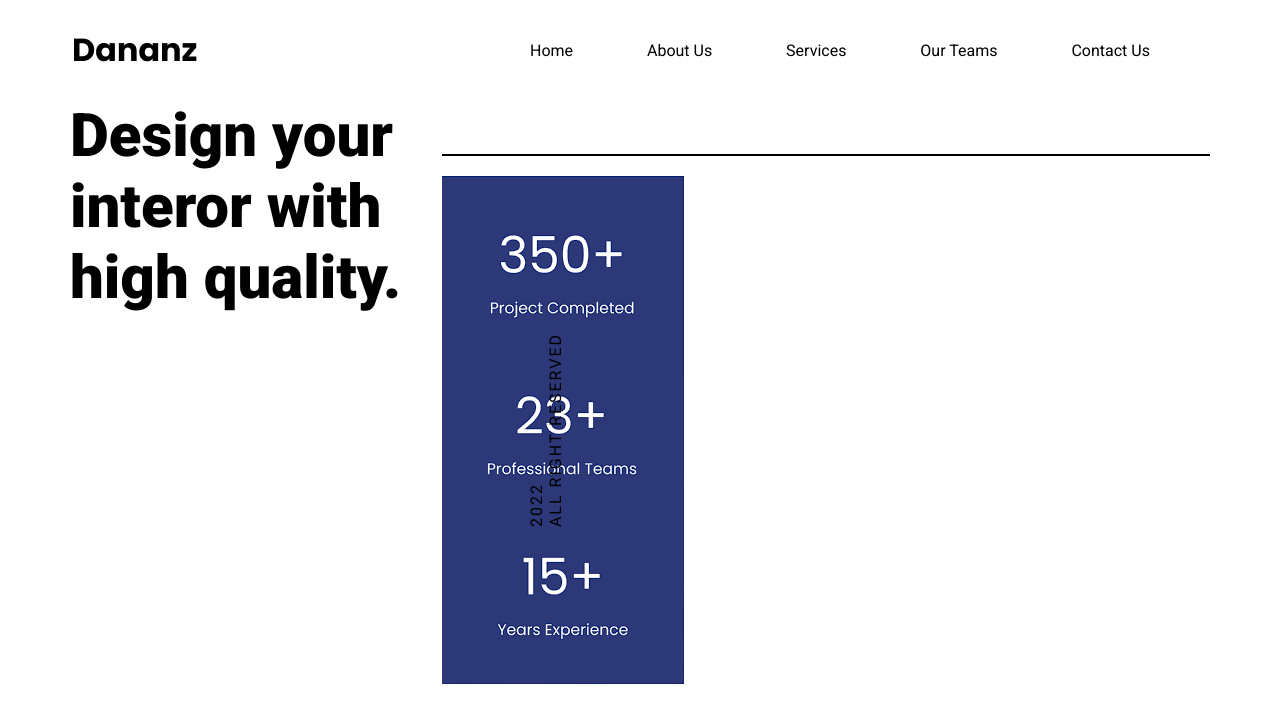
Repository: AsadKasimov/disain
Page: index.html
These files come from the project's save history. The page is drawn as it stood at one moment and after the next save; the edit follows.
The browser window is 1280 px wide. The pictures show the whole page.

Above is the page before, as saved 2023-04-20 12:47:53.

### index.html
<!DOCTYPE html>
<html lang="en">
<head>
    <meta charset="UTF-8">
    <meta http-equiv="X-UA-Compatible" content="IE=edge">
    <meta name="viewport" content="width=device-width, initial-scale=1.0">
    <title>F</title>
    <link rel="stylesheet" href="./style.css">
</head>
<body>

    <div class="wrapper">
        <header class="header">
            <!-- Шапка -->
            <div class="logo">
                <img src="./img/Dananz.png" alt="">
            </div>

            <!-- Меню сайта -->
            <nav class="nav">
                <ul>
                    <li>Home</li>
                    <li>About Us</li>
                    <li>Services</li>
                    <li>Our Teams</li>
                    <li>Contact Us</li>

                </ul>
            </nav>

            <!-- Иконка бургерменю -->
            <div class="burger">
                <span></span>
            </div>
        </header>
        <div class="menu">
            <div class="text-menu">
                <h1>Design your interor with high quality.</h1>
            </div>
            <div class="text-line">
                <hr class="text-line-l">
                <div class="h-pic">
                    <img src="./img/rec.png" alt="">
                    <div class="img-t">
                        <p>2022<br>ALL RIGHT RESERVED</p>
                    </div>
                </div>

            </div>


        </div>
        <div class="h-pic2">
            <img src="./img/rec.png" alt="">
        </div>
    </div>



    <script>
        document.querySelector('.burger').addEventListener('click', function() {
            this.classList.toggle('active');
            document.querySelector('.nav').classList.toggle('open');
        })
    </script>
</body>
</html>

### style.css
@import url('https://fonts.googleapis.com/css2?family=Roboto:ital,wght@0,100;0,300;0,400;0,500;0,900;1,100;1,300;1,400;1,500;1,700;1,900&display=swap');

html, body {
  height: 100%;
  width: 100%;

}

body {
  display: flex;
  flex-direction: column;
  font-family: 'Roboto', sans-serif;
  background-color: #fff;
  /* overflow: hidden; */

}

*{
  padding: 0;
  margin: 0;
  box-sizing: border-box;
}

.wrapper{
  flex-grow: 1;
}

.open{
  display: flex !important;
}

.header{
  display: flex;
  align-items: center;
  justify-content: space-between;
  min-height: 100px;
  background-color: #fff;
  color: #000;
  padding: 0 90px;
}

.logo{
  display: flex;
  justify-content: center;
  flex-direction: column;
  align-items: center;

  width: 90px;
  height: 90px;
}

.nav{
  display: flex;
  width: 700px;
  padding: 0 40px;
}

.nav ul{
  width: 100%;
  list-style: none;
  display: flex;
  justify-content: space-between;
}

.burger{
  display: none;
  position: relative;
  z-index: 50;
  align-items: center;
  justify-content: flex-end;
  width: 30px;
  height: 18px;
}

.burger span{
  height: 2px;
  width: 80%;
  transform: scale(1);
  background-color: #000;
}

.burger::before, .burger::after{
  content: '';
  position: absolute;
  height: 2px;
  width: 100%;
  background-color: #000;
  transition: all 0.3s ease 0s;
}

.burger::before { top: 0 }

.burger::after { bottom: 0 }


.burger.active span { transform: scale(0) }

.burger.active::before{
  top: 50%;
  transform: rotate(-45deg) translate(0, -50%);
}

.burger.active::after{
  bottom: 50%;
  transform: rotate(45deg) translate(0, 50%);
}

h1 {
  display: block;
  font-size: 2em;
  margin-block-start: 0;
  margin-block-end: 0;
  margin-inline-start: 0px;
  margin-inline-end: 0px;
  font-weight: bold;
}

.menu{
  display: flex;
  justify-content: flex-start;
  padding: 0 70px;
  align-items:baseline;

}

.text-menu{
  font-weight: 700;
  font-size: 30px;
  width: 500px;
}

hr.text-line-l{
  border: 1px solid black;
  width: 60vw;

}

.text-line{
  display: flex;
  flex-direction: column;
  gap: 20px;
}

.h-pic2{
  display: none;
}

.h-pic{
  display: flex;
  justify-content: ;

}

.img-t{
  text-transform: uppercase;
  letter-spacing: 2px;
  transform: rotate(-90deg);
}

@media (max-width: 700px) {

  .h-pic{
    display: none;
  }


  .h-pic2{
    display: block;
  }


  hr.text-line-l {
    border: 1px solid black;
    height: 100%;
    width: 0px;
  }



  .menu{
    display: flex;
    justify-content: flex-start;
    padding: 0 20px;
    align-items:normal;
    gap: 23%;
  }

  .text-menu{
    width: 70%;
    font-size: 22px;

  }

  .header{
    display: flex;
    align-items: center;
    justify-content: space-between;
    min-height: 100px;
    background-color: #fff;
    color: #000;
    padding: 0 40px;
  }

  .nav{
    display: flex;
    width: 700px;
    padding: 0 40px;
  }

  .burger { display: flex }

  .nav{
      display: none;
      flex-direction: column;
      position: fixed;
      height: 100%;
      width: 100%;
      top: 0; bottom: 0; left: 0; right: 0;
      z-index: 50;
      overflow-y: auto;
      padding: 50px 40px;
      background-color: ghostwhite;

  }

  .nav ul{
      flex-direction: column;
      row-gap: 30px;
  }
}

After the next save:
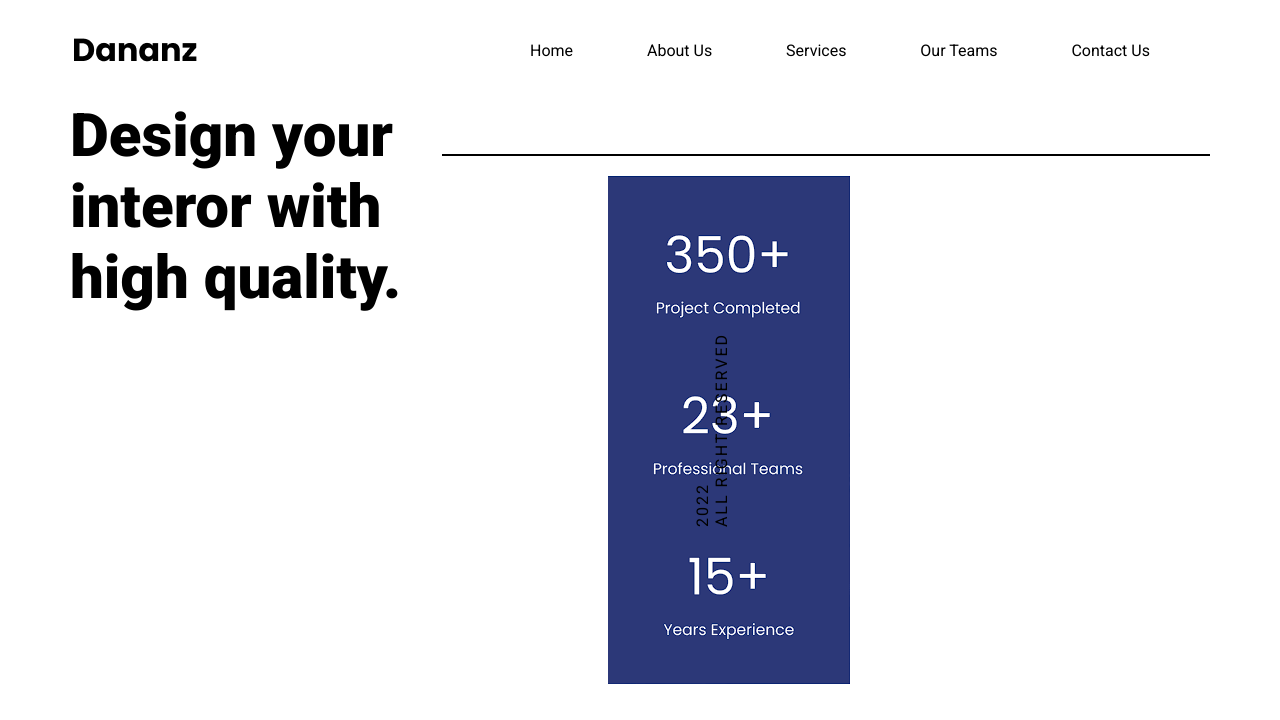
Saved 5 s later.
--- a/style.css
+++ b/style.css
@@ -147,7 +147,7 @@ hr.text-line-l{
 
 .h-pic{
   display: flex;
-  justify-content: ;
+  justify-content: center;
 
 }
 
